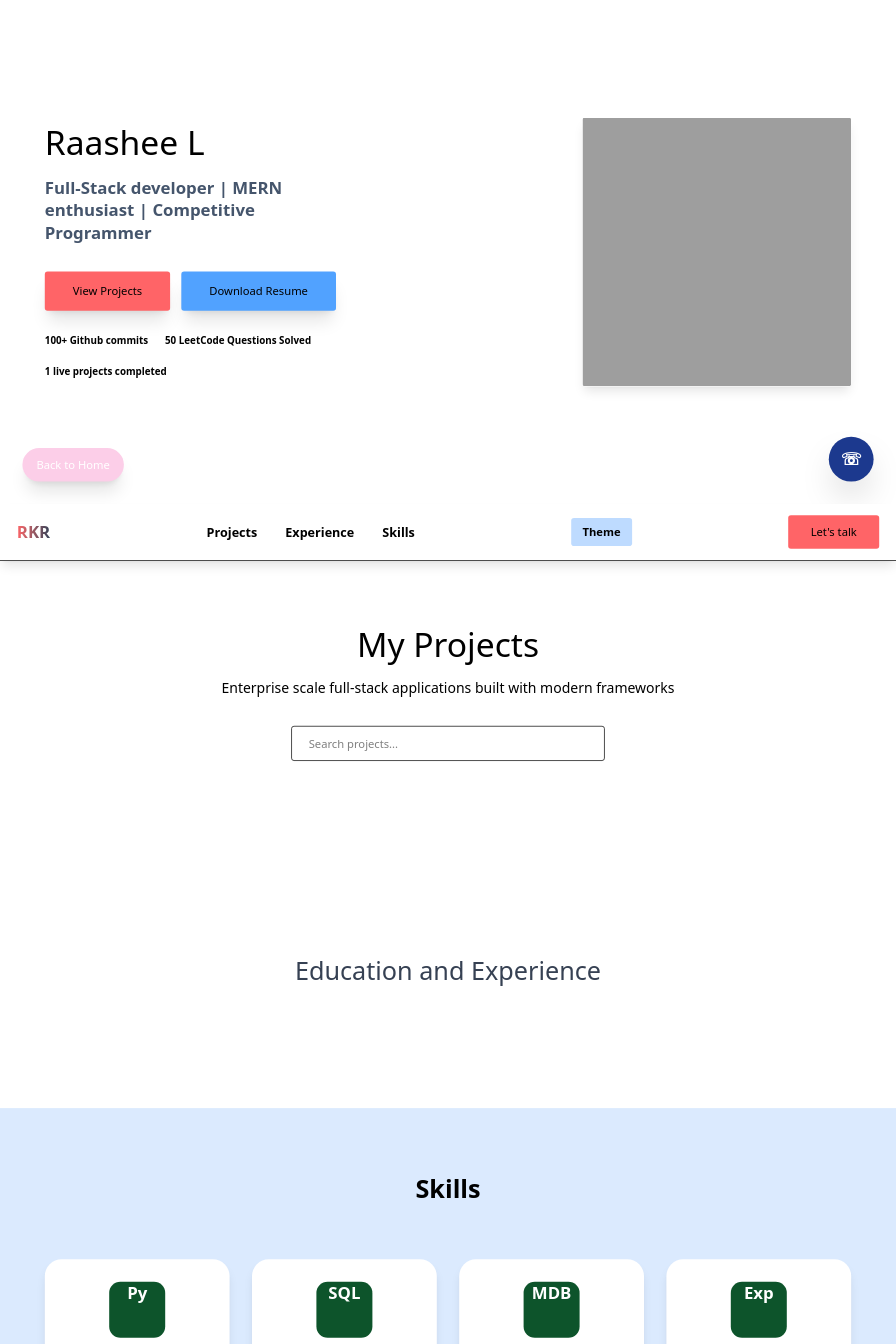
Repository: Rhaashee/myProfile
Page: index.html
The author's editor kept a copy of each file at every save. The page is drawn from the files as they stood at one save, then again after a run of saves.
The browser window is 1280 px wide. The pictures show the part of the page from y = 0 to 1920 px (the page is 3055 px tall), at 70% of full size.
Pictures or frames that could not be fetched are drawn as grey boxes.

Above is the page before, as saved 2026-04-27 16:44:02.
Console error: TypeError: Cannot read properties of null (reading 'style')

### index.html
<!-- MERN_Stu_FebMay26Mys\W4\D5\portfolio-project\index.html -->
<!DOCTYPE html>
<html lang="en">

<head>
    <meta charset="UTF-8">
    <meta name="viewport" content="width=device-width, initial-scale=1.0">

    <title>Week 3 & 4 Portfolio Project</title>

    <script src="https://cdn.jsdelivr.net/npm/@tailwindcss/browser@4"></script>

    <link rel="stylesheet" href="css/custom.css">

</head>

<body>
    <!-- HERO SECTION -->

    <section
        class="min-h-screen flex flex-col lg:flex-row lg:items-center lg:justify-between px-8 lg:px-16 py-20 gap-12 lg:gap-20">

        <div class="order-2 lg:order-1 flex-1 lg:max-w-lg text-center lg:text-left">

            <h1 class="text-5xl mb-6">Raashee L</h1>

            <p class="text-xl lg:text-2xl text-slate-600 font-bold mb-10 max-w-md mx-auto lg:mx-0">
                Full-Stack developer | MERN enthusiast | Competitive Programmer
            </p>

            <div
                class="flex flex-col sm:flex-row gap-4 justify-center lg:justify-start items-center lg:items-start mb-8">

                <a href="#projects" class="bg-red-400 hover:bg-green-500 px-10 py-4 rounded shadow-xl">
                    View Projects
                </a>

                <a href="#resume" class="bg-blue-400 hover:bg-green-500 px-10 py-4 rounded shadow-xl">
                    Download Resume
                </a>

            </div>

            <div class="flex flex-wrap gap-6 justify-center lg:justify-start text-sm font-bold">

                <span>100+ Github commits</span>
                <span>50 LeetCode Questions Solved</span>
                <span>1 live projects completed</span>

            </div>

        </div>

        <div class="order-1 lg:order-2 w-full lg:w-96 max-w-sm mx-auto lg:mx-0">

            <img src="assets/images/img.jpg" alt="My photo"
                class="aspect-square w-full rounded shadow-lg mx-auto lg:mx-0 hover:ring-blue-500 transition-all duration-300 hover:scale-[1.02]"
                loading="lazy">

        </div>

    </section>

    <!-- NAVBAR -->

    <nav class="sticky top-0 z-50 bg-white/95 backdrop-blur-md border-b shadow-lg">

        <div class="max-w-7xl mx-auto px-6 py-4 flex items-center justify-between">

            <a href="#"
                class="text-2xl font-bold bg-clip-text bg-gradient-to-r from-red-400 to-slate-700 text-transparent">
                RKR
            </a>

            <ul class="hidden md:flex items-center gap-10">

                <li><a href="#projects" class="text-lg font-bold hover:text-blue-600">Projects</a></li>

                <li><a href="#experience" class="text-lg font-bold hover:text-blue-600">Experience</a></li>

                <li><a href="#skills" class="text-lg font-bold hover:text-blue-600">Skills</a></li>

            </ul>
            <button id="theme-toggle" class="bg-blue-200 px-4 py-2 rounded font-bold">Theme</button>
            <a href="#contact" class="bg-red-400 hover:bg-green-500 rounded transition-all duration-300 px-8 py-3">
                Let's talk
            </a>

        </div>

    </nav>

    <!-- PROJECTS -->

    <section id="projects" class="py-24 px-8 lg:px-16">

        <div class="max-w-7xl mx-auto">

            <div class="text-center mb-10">

                <h2 class="text-4xl lg:text-5xl mb-6">My Projects</h2>

                <p class="text-xl max-w-2xl mx-auto">
                    Enterprise scale full-stack applications built with modern frameworks
                </p>

            </div>

            <!-- Project Search (Feature will attach here) -->

            <div class="mb-10 text-center">

                <input id="project-search" type="text" placeholder="Search projects..."
                    class="border rounded px-6 py-3 w-full max-w-md">

            </div>

            <!-- Project Filter Bar -->

            <div id="project-filters" class="flex flex-wrap justify-center gap-4 mb-12">
            </div>

            <!-- Dynamic container for projects -->

            <div id="projects-container" class="grid grid-cols-1 md:grid-cols-2 lg:grid-cols-3 gap-8">
            </div>

        </div>

    </section>

    <!-- EXPERIENCE -->

    <section id="experience" class="py-24 px-8 lg:px-16">

        <div class="max-w-4xl mx-auto">

            <h2 class="text-4xl text-gray-700 text-center mb-20">
                Education and Experience
            </h2>

            <!-- existing experience cards remain unchanged -->

        </div>

    </section>

    <!-- SKILLS -->

    <section id="skills" class="py-24 px-8 lg:px-16 bg-blue-100">

        <div class="max-w-7xl mx-auto">

            <h2 class="text-4xl text-center font-bold mb-20">
                Skills
            </h2>

            <!-- Dynamic Skills Container -->

            <div id="skills-container" class="grid grid-cols-1 md:grid-cols-2 lg:grid-cols-4 gap-8">
            </div>

        </div>

    </section>

    <!-- CONTACT MODAL -->

    <button id="modal-trigger"
        class="fixed bottom-8 right-8 w-16 h-16 bg-blue-900 text-white rounded-full shadow-2xl flex items-center justify-center text-2xl font-bold">
        ☏
    </button>

    <div id="contact-modal" class="fixed inset-0 z-50 hidden bg-black/50 backdrop-blur-md">

        <div class="flex items-center justify-center min-h-screen p-4">

            <div id="modal-content"
                class="bg-white w-full max-w-md rounded-2xl shadow-2xl scale-95 opacity-0 transition-all duration-300">

                <div class="sticky top-0 border-b p-8 pt-12 bg-white">

                    <h3 class="text-2xl font-bold">Contact Me</h3>

                    <button id="modal-close" class="absolute top-6 right-6 text-2xl font-bold">
                        ×
                    </button>

                </div>

                <form id="contact-form" class="p-8 space-y-4">

                    <input id="contact-name" type="text" placeholder="Your name"
                        class="w-full border rounded px-4 py-3">

                    <input id="contact-email" type="email" placeholder="email@website.com"
                        class="w-full border rounded px-4 py-3">

                    <p id="form-message" class="text-sm text-red-500"></p>

                    <div class="flex flex-col sm:flex-row gap-4 pt-4">

                        <button type="button" id="form-cancel" class="flex-1 font-bold py-4 px-6">
                            Cancel
                        </button>

                        <button type="submit" class="flex-1 font-bold py-4 px-6">
                            Submit
                        </button>

                    </div>

                </form>

            </div>

        </div>

    </div>
    <!-- SWIPE TO HOME BUTTON -->

    <button id="home-swiper"
        class="fixed bottom-8 left-8 bg-pink-200 text-white px-5 py-3 rounded-full shadow-xl hover:bg-blue-600 transition">
        Back to Home
    </button>
    <!-- MAIN JS ENTRY-->

    <script src="js/data/projects.js"></script>
    <script src="js/data/skills.js"></script>
    <script src="js/features/skills-render.js"></script>
    <script src="js/features/modal.js"></script>
    <script src="js/features/contact-validation.js"></script>
    <script src="js/features/theme-toggle.js"></script>
    <script src="js/features/project-search.js"></script>
    <script src="js/features/project-filter.js"></script>
    <script src="js/main.js"></script>
    <script src="js/features/BackToTop.js"></script>



</body>

</html>

### css/custom.css
.dark-mode{
    background-color: black;
    color: white;
}
.dark-mode nav{
    background-color: rgb(178, 173, 173);
    color: white;
}
.dark-mode section{
    background-color: rgb(0, 0, 0);
    color: white;
}
.dark-mode .bg-blue-100{
    background-color: rgb(235, 236, 240);
    color: rgb(153, 145, 145);
}
.dark-mode .bg-white{
    background-color: rgb(0, 0, 0);
}
.dark-mode .text-gray-700{
    color: white;
}

### js/data/projects.js
const projectsData = [
  {
    id: 1,
    name: "Virtual Herbal Garden – AYUSH Soap Products",
    category: "Web Development",
    description:
      "Designed an interactive platform for exploring herbal plants and their uses in AYUSH soap products, providing detailed plant and product information.",
    technologies: ["Python", "HTML", "CSS"],
    status: "Completed",
    liveDemo: "#",
    github: "#"
  },
  {
    id: 2,
    name: "AI-Integrated Feedback System for Teachers (Prototype)",
    category: "AI / NLP",
    description:
      "Built a prototype to automate student feedback collection and analysis using NLP techniques, enabling structured insights from textual responses.",
    technologies: ["Python", "Flask", "NLP"],
    status: "Prototype",
    liveDemo: "#",
    github: "#"
  },
  {
    id: 3,
    name: "Portfolio Website",
    category: "Frontend",
    description:
      "Responsive personal portfolio website showcasing projects, skills, and contact information.",
    technologies: ["HTML", "Tailwind CSS", "JavaScript"],
    status: "Live",
    liveDemo: "#",
    github: "#"
  },
  {
    id: 4,
    name: "Developer Stats Dashboard",
    category: "JavaScript",
    description:
      "Dynamic dashboard that loads developer statistics and profile insights using Fetch API.",
    technologies: ["JavaScript", "Fetch API", "JSON"],
    status: "Demo",
    liveDemo: "#",
    github: "#"
  }, {

    id: 5,
    name: "Land Leasing Platform for Farmers (Ongoing)",
    category: "Web Development",
    description:
      "Developing a web-based platform for secure land leasing with buyer and seller authentication, enabling transparent and efficient transactions.",
    technologies: ["HTML", "CSS", "JavaScript", "MySQL"],
    status: "Ongoing",
    liveDemo: "#",
    github: "#"
  }

];

### js/data/skills.js

const skillsData = [
  {
    id: 1,
    name: "Python",
    shortLabel: "Py",
    description: "Programming for data processing, backend logic, and machine learning applications."
  },
  {
    id: 2,
    name: "MySQL",
    shortLabel: "SQL",
    description: "Relational database management, queries, joins, and data handling."
  },
  {
    id: 3,
    name: "MongoDB",
    shortLabel: "MDB",
    description: "NoSQL database for handling unstructured data and scalable applications."
  },
  {
    id: 4,
    name: "ExpressJS",
    shortLabel: "Exp",
    description: "Backend framework for building REST APIs and server-side applications."
  },
  {
    id: 5,
    name: "ReactJS",
    shortLabel: "R",
    description: "Component-based UI development with hooks and state management."
  },
  {
    id: 6,
    name: "NodeJS",
    shortLabel: "Node",
    description: "JavaScript runtime for building scalable backend services."
  },
  {
    id: 7,
    name: "Power BI",
    shortLabel: "BI",
    description: "Interactive dashboards and data visualization for business insights."
  },
  {
    id: 8,
    name: "Tableau",
    shortLabel: "Tb",
    description: "Data visualization and storytelling through charts and dashboards."
  },
  {
    id: 9,
    name: "Machine Learning",
    shortLabel: "ML",
    description: "Data preprocessing, supervised and unsupervised learning, and predictive modeling."
  },
  {
    id: 10,
    name: "NLP",
    shortLabel: "NLP",
    description: "Text processing and analysis using natural language processing techniques."
  },
  {
    id: 11,
    name: "Communication",
    shortLabel: "Comm",
    description: "Effective verbal and written communication in professional environments."
  },
  {
    id: 12,
    name: "Teamwork",
    shortLabel: "Team",
    description: "Collaborating efficiently with teams to achieve shared goals."
  },
  {
    id: 13,
    name: "Leadership",
    shortLabel: "Lead",
    description: "Guiding teams, taking initiative, and decision-making."
  },
  {
    id: 14,
    name: "Adaptability",
    shortLabel: "Adapt",
    description: "Quickly adjusting to new technologies and changing environments."
  },
  {
    id: 15,
    name: "Presentation Skills",
    shortLabel: "Pres",
    description: "Delivering ideas clearly and confidently to an audience."
  }
];

### js/features/skills-render.js
function renderSkills(){
    const skillsContainer = document.getElementById("skills-container");

    if(!skillsContainer){
        console.log("Skills Contianer not found");
        return;
    }
    skillsContainer.innerHTML = "";
    skillsData.forEach(function(skill){
        // to create outer card
        const card = document.createElement("div");
        card.className = "p-8 text-center bg-white rounded-3xl shadow-lg";

        // create icon
        const iconBox = document.createElement("div");
        iconBox.className = "w-20 h-20 mx-auto mb-4 bg-green-900 rounded-2xl flex item-center justify-center";

        // create icon
        const iconText = document.createElement("span");
        iconText.className = "text-2xl text-white font-bold"
        iconText.textContent = skill.shortLabel;

        // Put iconText inside iconBox
        iconBox.appendChild(iconText);

        // create a skill name
        const skillsName = document.createElement("h3");
        skillsName.className = "text-xl font-bold mb-2";
        skillsName.textContent = skill.name;

        // create skill description
        const skillDescription = document.createElement("p");
        skillDescription.className = "text-sm";
        skillDescription.textContent = skill.description;

        // append all child elements to card
        card.appendChild(iconBox);
        card.appendChild(skillsName);
        card.appendChild(skillDescription);

        // append card to skills container
        skillsContainer.appendChild(card);
    });
    console.log("Skills rendered successfully");
}

### js/features/modal.js
function initModal(){
    const modal = document.getElementById("contact-modal");
    const modalContent = document.getElementById("modal-content");
    const modalTrigger = document.getElementById("modal-trigger");
    const modalClose = document.getElementById("modal-close");
    const formCancel = document.getElementById("form-cancel");

    if(!modal || !modalContent || !modalTrigger || !modalClose || !formCancel){
        console.log("Modal element not found");
        return;
    }
    function openModal(){
        modal.classList.remove("hidden");

        setTimeout(function(){
            modalContent.classList.remove("scale-95","opacity-0");
        },10);
    }
    function closeModal(){
        modalContent.classList.add("scale-95","opacity-0");
        setTimeout(function(){
            modal.classList.add("hidden");
        },200);
    }
    modalTrigger.addEventListener("click",openModal);
    modalClose.addEventListener("click",closeModal);
    formCancel.addEventListener("click",closeModal);

    //close when clicking on backdrop
    modal.addEventListener("click",function(event){
        if(event.target === modal){
            closeModal();
        }
    });
    console.log("Modal opened successfully");
}

### js/features/contact-validation.js
function initContactValidation(){
    const contactModal = document.getElementById("contact-modal");
    const contactForm = document.getElementById("contact-form");
    const contactName = document.getElementById("contact-name");
    const contactEmail = document.getElementById("contact-email");
    const formMessage = document.getElementById("form-message");

    if(!contactModal || !contactForm || !contactName || !contactEmail || !formMessage){
        console.log("Contact form elements not found");
        return;
    }

    contactForm.addEventListener("submit",function(event){
        event.preventDefault();

        const name = contactName.value.trim();
        const email = contactEmail.value.trim();

        formMessage.textContent = "";
        formMessage.className = "text-sm";

        // Name validation
        if(name === ""){
            formMessage.textContent = "Name is required";
            formMessage.classList.add("text-red-500");
            contactName.focus();
            return;
        }
        if(name.length < 5){
            formMessage.textContent = "Name must be atleast 5 chars"
            formMessage.classList.add("text-red-500");
            contactName.focus();
            return;
        }
        // Email Validation
        if(email === ""){
            formMessage.textContent = "Email is required";
            formMessage.classList.add("text-red-500");
            contactEmail.focus();
            return;
        }
        const emailPattern = /^[^\s@]+@[^\s@]+\.[^\s@]+$/;

        if(!emailPattern.test(email)){
            formMessage.textContent = "Enter valid email";
            formMessage.classList.add("text-red-500");
            contactEmail.focus();
            return;
        }

        formMessage.textContent = "Meassage Submitted Sucessfully";
        formMessage.classList.add("text-green-600");
        console.log("Valid credentials : ",{name:name,email:email});
        contactForm.reset();
    });
    contactName.addEventListener("input",function(){
        formMessage.textContent = "";
    });
    contactEmail.addEventListener("input",function(){
        formMessage.textContent = "";
    });
}

### js/features/theme-toggle.js
function initThemeToggle(){
    const toggleBtn = document.getElementById("theme-toggle");
    const body = document.body;

    const savedTheme = localStorage.getItem("portfolio-theme");

    if(savedTheme === "dark"){
        body.classList.add("dark-mode");
    }
    toggleBtn.addEventListener("click",function(){
        body.classList.toggle("dark-mode");
        if(body.classList.contains("dark-mode")){
            localStorage.setItem("portfolio-theme","dark");
            console.log("Dark mode enanbled");
        }else{
            localStorage.setItem("portfolio-theme","light");
            console.log("Light mode enanbled");
        }
    });
}

### js/features/project-filter.js
function filterProject(){
    const projectsContainer = document.getElementById("projects-container");
    if(!projectsContainer){
        console.log("Project container not found");
        return;
    }
    const projectFilter = document.createElement("project-filter");
    if(!projectFilter){
        console.log("Project filter not found");
        return;
    }
    projectsContainer.innerHTML="";
    projectsData.forEach(function(project){
        //to create an outer card
        const card=document.createElement("div");
        card.className="p-8 text-center bg-white rounded-3xl shadow-lg";


        //create icon
        const iconBox=document.createElement("div");
        iconBox.className="w-20 h-20 mx-auto mb-4 flex item-center justify-center ";

        //create icon text
        const iconText=document.createElement("span");
        iconText.className="text-2xl text-white font-bold";
        iconText.textContent=project.shortLabel;

        //puts icontext inside iconbox
        iconBox.appendChild(iconText);

        //create the project name
        const projectName=document.createElement("h2");
        projectName.className="text-xl font-bold mb-2";
        projectName.textContent=project.name;

        //create project description
        const projectDescription=document.createElement("p");
        projectDescription.className="text-sm";
        projectDescription.textContent=project.description;

        //appending all child elements to card
        card.appendChild(iconBox);
        card.appendChild(projectName);
        card.appendChild(projectDescription);
        //append card to projects container
        projectsContainer.appendChild(card);
    });
    console.log("projects container successfully");
}

### js/main.js
document.addEventListener("DOMContentLoaded", function(){
    // Render Skills
    renderSkills();
    initModal();
    initContactValidation();
    initThemeToggle();
    SearchProjects();
})

### js/features/BackToTop.js
const swiperButton = document.getElementById("om-swiper");

// hide button initially
swiperButton.style.display = "none";

// scroll to top on click
swiperButton.addEventListener("click", function () {
    window.scrollTo({
        top: 0,
        behavior: "smooth"   // smooth scroll (better UX)
    });
});

// show button when scrolling down
window.addEventListener("scroll", function () {
    if (window.scrollY > 300) {
        swiperButton.style.display = "block";
    } else {
        swiperButton.style.display = "none";
    }
});

Loaded but not shown: js/features/project-search.js (no stored copy; drawn as an empty file)

After the next 3 saves:
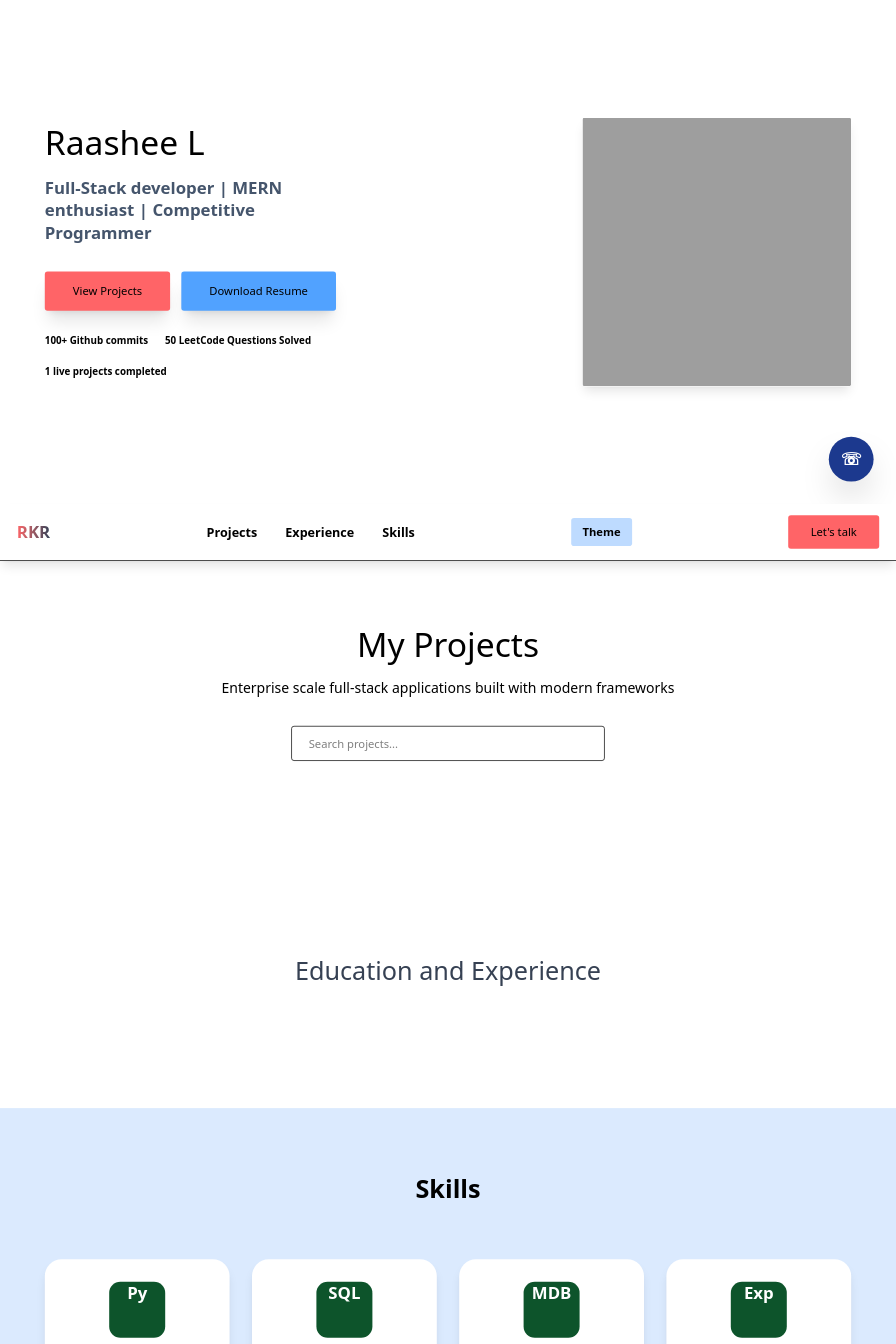
Console error: ReferenceError: SearchProjects is not defined
The 3 saves are shown as one change because they came seconds apart.
The last was saved 2 min 28 s later.
--- a/js/features/BackToTop.js
+++ b/js/features/BackToTop.js
@@ -1,4 +1,4 @@
-const swiperButton = document.getElementById("om-swiper");
+const swiperButton = document.getElementById("home-swiper");
 
 // hide button initially
 swiperButton.style.display = "none";
